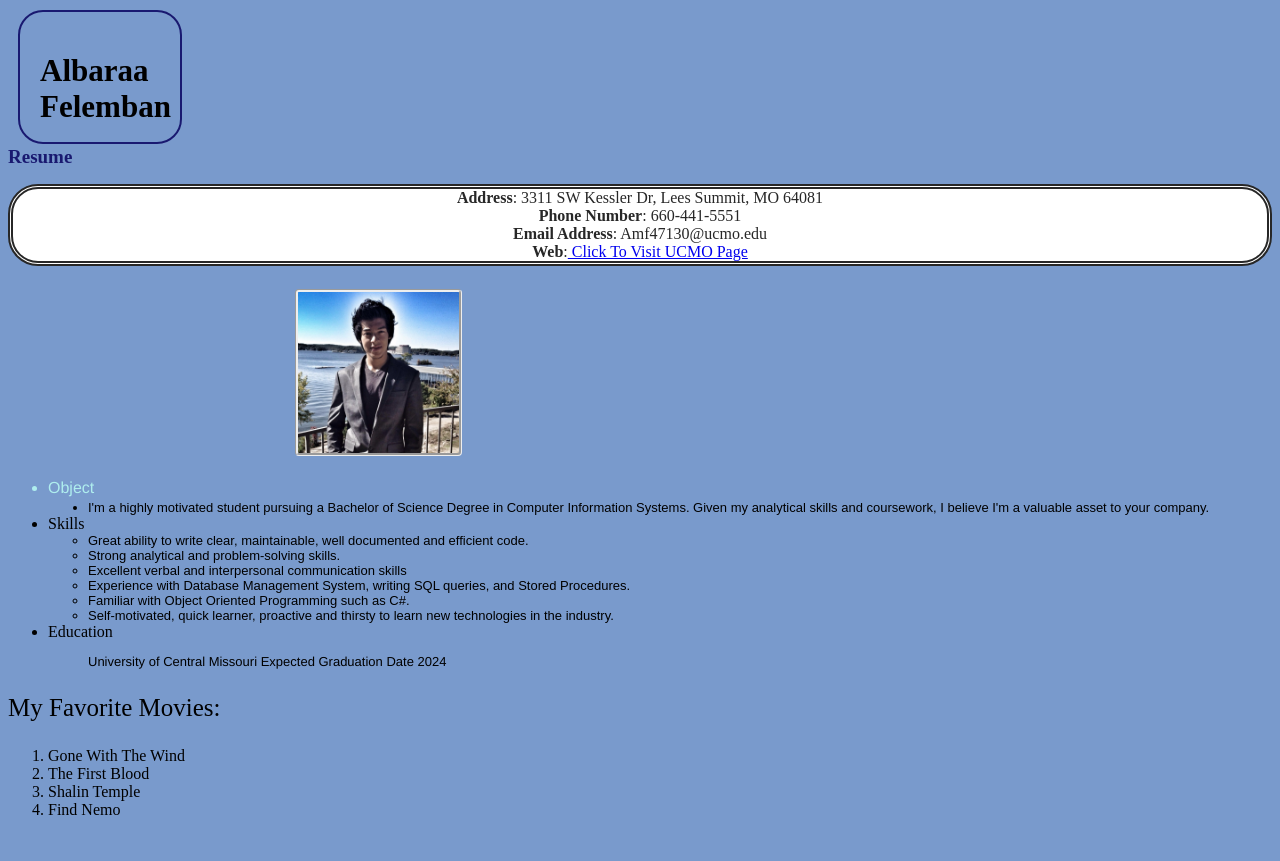
Repository: MrFelemban/RealEstate_Web-cis2625
Page: lesson1/index.html
The author's editor kept a record of every edit. The page is drawn from the files as they stood at one moment, then again after the next edit.
The browser window is 1280 px wide. The pictures show the whole page.

Above is the page before.

After the next edit:
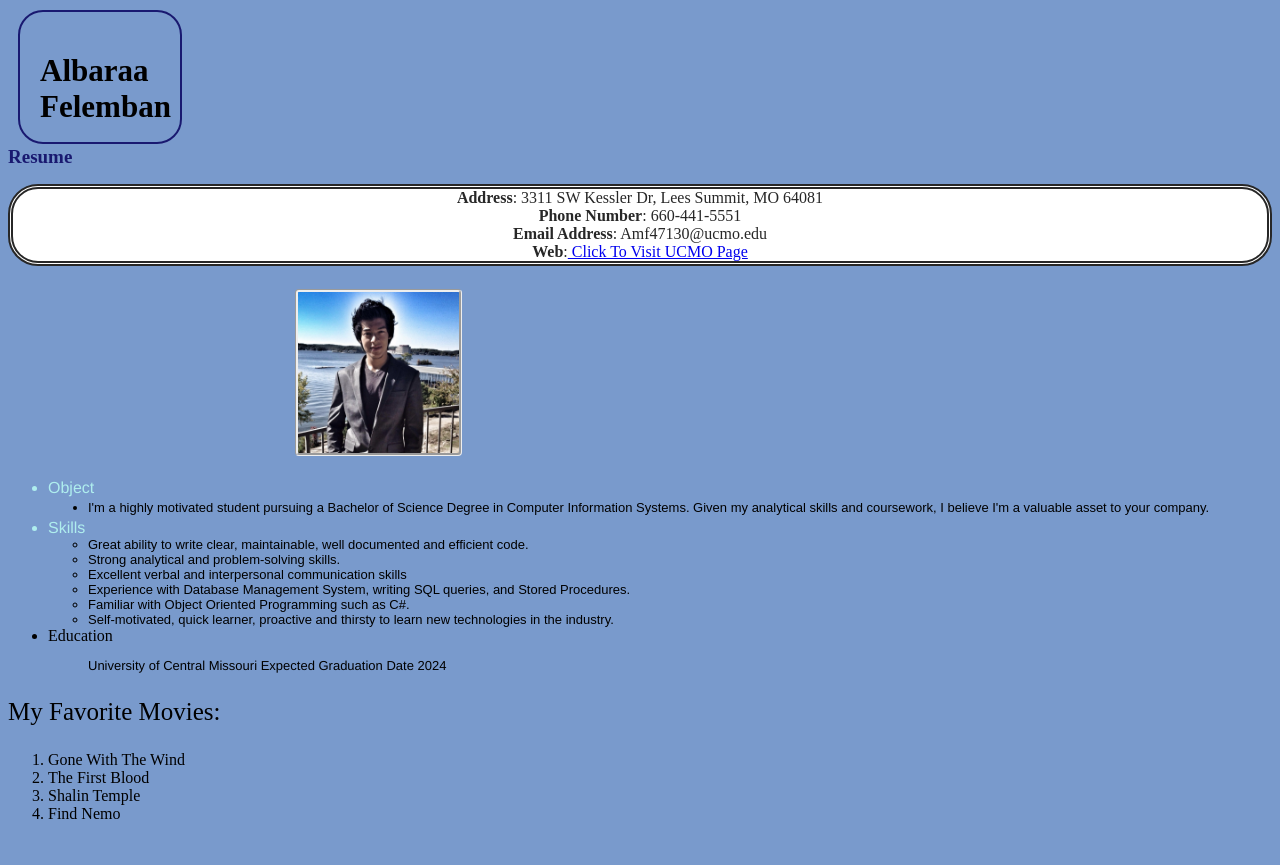
The edit:
--- a/lesson1/index.html
+++ b/lesson1/index.html
@@ -30,7 +30,7 @@
 
 		<li id="Hook">I'm a highly motivated student pursuing a Bachelor of Science Degree in Computer Information Systems. Given my analytical skills and coursework, I believe I'm a valuable asset to your company.</li>
 
-		<li>Skills</li>
+		<li class="Subject">Skills</li>
 
 		<div class="Skills">
 			<ul>
